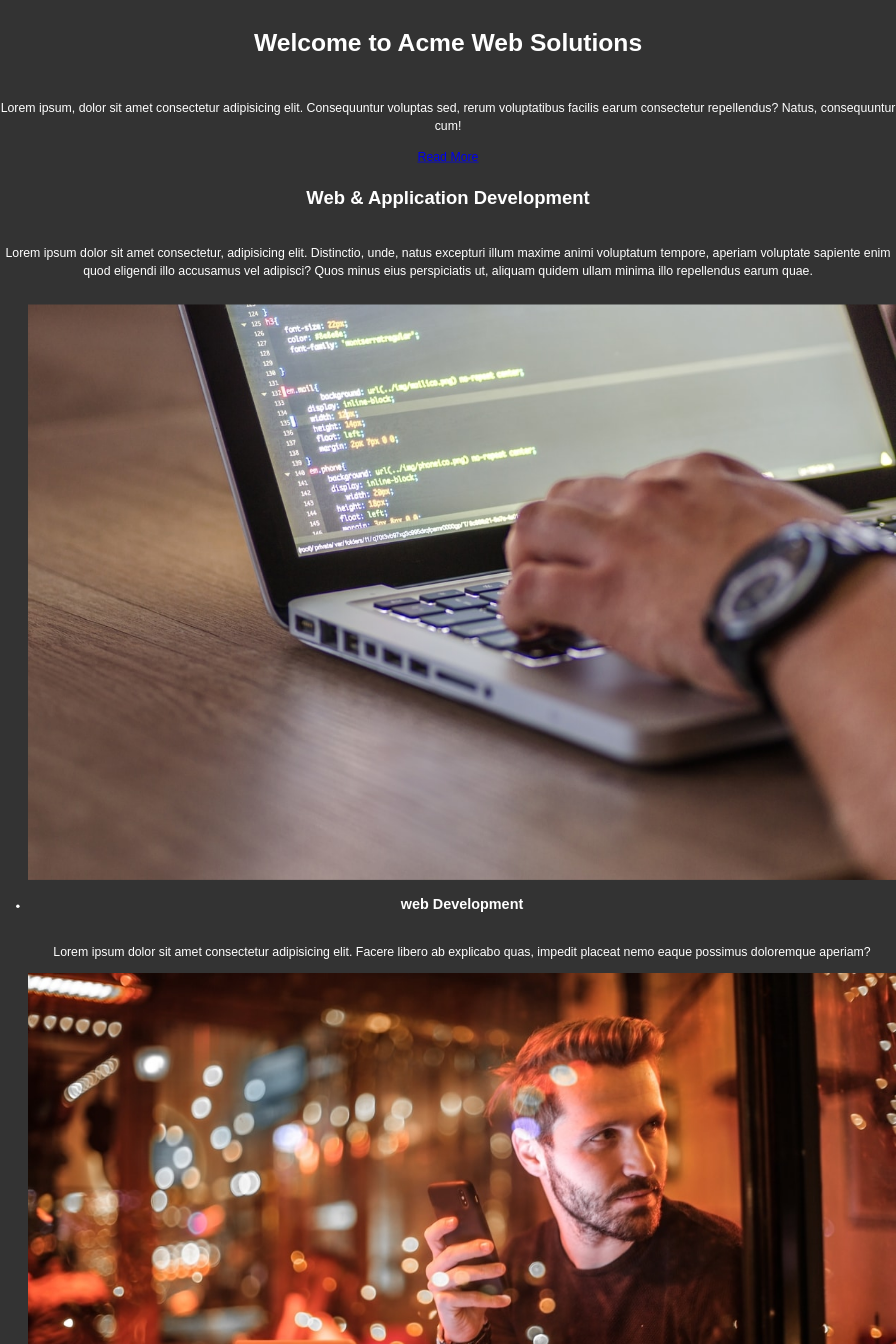
Repository: ErikBaer/MobileFirst
Page: index.html
These files come from the project's save history. The page is drawn as it stood at one moment and after the next save; the edit follows.
The browser window is 1280 px wide. The pictures show the part of the page from y = 0 to 1920 px (the page is 3926 px tall), at 70% of full size.

Above is the page before, as saved 2020-02-15 02:42:10.

After the next save:
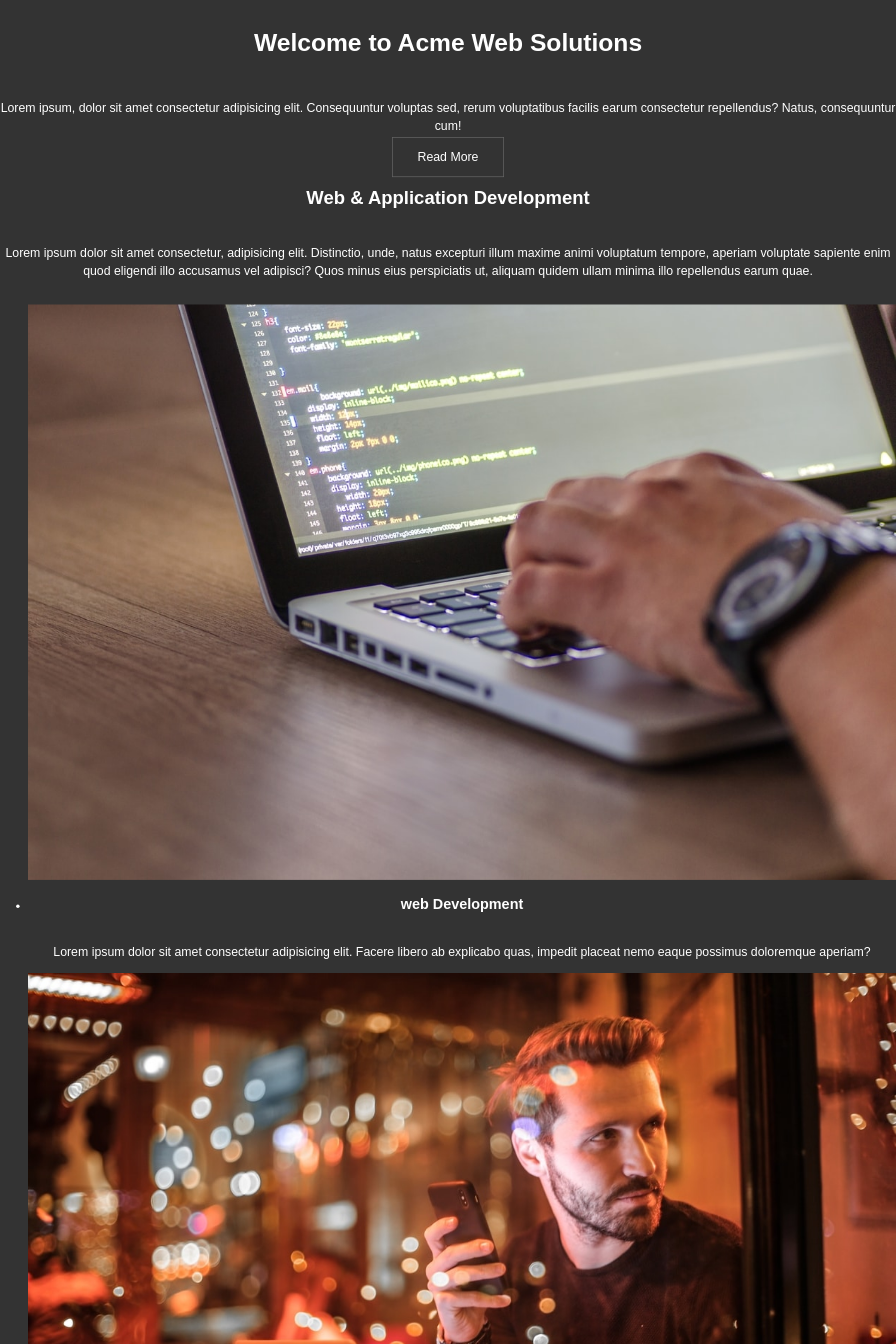
Saved 87 s later.
--- a/style.css
+++ b/style.css
@@ -23,3 +23,12 @@ p {
     margin: 0;
     padding: 1em 0;
 }
+
+.btn {
+    background: 333;
+    color: white;
+    text-decoration: none;
+    padding: 1em 2em;
+    border: 1px solid #666;
+
+}
